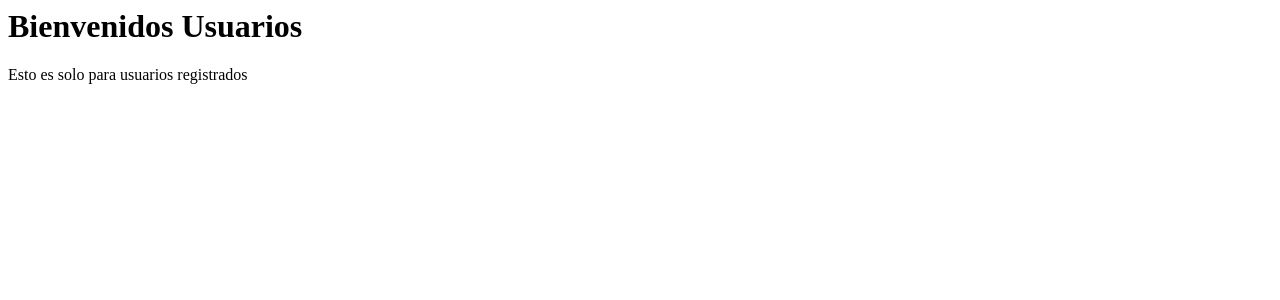
Repository: dasafo/PHP_MySQL_curso
Page: http://localhost/UsuariosRegistrados1.php
An editor plug-in stored every save of this project. The page is shown before and after the next save, followed by the edit.
The browser window is 1280 px wide. The pictures show the whole page.
The page is run by PHP 8.4 with error messages shown; the project is at /var/www/html/. The session is filled in as if someone had signed in: {"usuario": "testuser"}.

Above is the page before, as saved 2018-11-09 12:42:56.

After the next save:
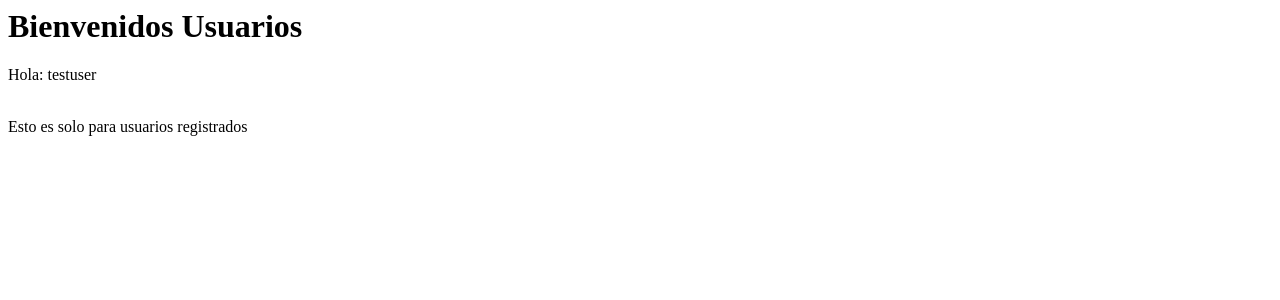
Saved 68 s later.
--- a/SistemaLogin_39/UsuariosRegistrados1.php
+++ b/SistemaLogin_39/UsuariosRegistrados1.php
@@ -20,6 +20,12 @@
 	?>
 
    <h1>Bienvenidos Usuarios</h1>
+
+   <?php
+
+    echo "Hola: " . $_SESSION["usuario"] . "<br><br>";
+
+   ?>
    <p>Esto es solo para usuarios registrados</p>
 
 </body>
